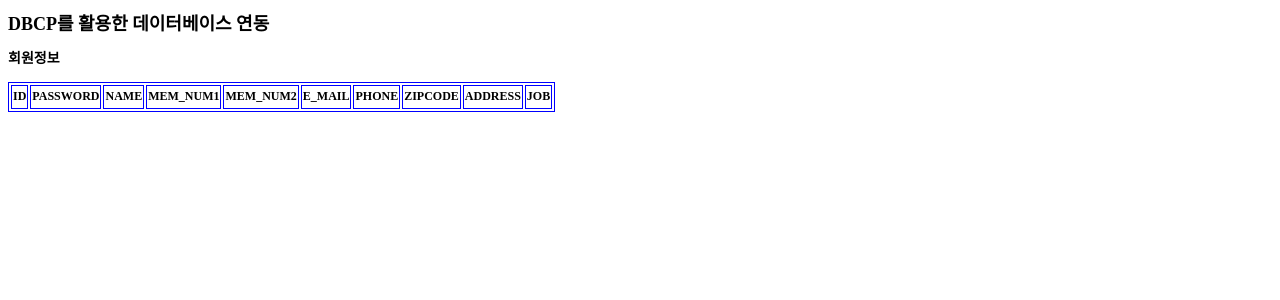
Repository: kr1124/jsp
Page: http://localhost/ServletProject/jdbc/usingDBCP.jsp
These files come from the project's save history. The page is drawn as it stood at one moment and after the next save; the edit follows.
The browser window is 1280 px wide. The pictures show the whole page.
The page is served by Tomcat 9. Other server files are loaded and not shown. Queries for data that is not in the repository find no rows.

Above is the page before, as saved 2024-12-06 01:33:07.

### ServletProject/src/main/webapp/jdbc/usingDBCP.jsp
<%@ page import="java.util.Vector"%>
<%@ page language="java" contentType="text/html; charset=UTF-8" pageEncoding="UTF-8" %>
<%@ page import="java.sql.*" %>
<%@ page import="com.jdbc.*" %>

<!DOCTYPE html>
<html>
	<head>
		<meta charset="UTF-8">
		<title>DBCP를 활용한 데이터베이스 연동</title>
		<link href="style.css" rel="stylesheet" type="text/css" >
	</head>
	<body>
		<h2>DBCP를 활용한 데이터베이스 연동</h2>
		<h3>회원정보</h3>
		<table bordercolor="#0000ff" border="1" >
			<tr>
				<td><strong>ID</strong></td>
				<td><strong>PASSWORD</strong></td>
				<td><strong>NAME</strong></td>
				<td><strong>MEM_NUM1</strong></td>
				<td><strong>MEM_NUM2</strong></td>
				<td><strong>E_MAIL</strong></td>
				<td><strong>PHONE</strong></td>
				<td><strong>ZIPCODE</strong></td>
				<td><strong>ADDRESS</strong></td>
				<td><strong>JOB</strong></td>
			</tr>

			<jsp:useBean id="dao" class="com.jdbc.TempMemberDAO" scope="page"/>
			<%
				Vector<TempMemberVO> vlist = dao.getMemberList();
				int counter = vlist.size();

				for(int i = 0; i < vlist.size(); i++) {
					TempMemberVO vo = vlist.elementAt(i);
			%>

			<tr>
				<td><strong><%=vo.getId() %></strong></td>
				<td><strong><%=vo.getPasswd() %></strong></td>
				<td><strong><%=vo.getName() %></strong></td>
				<td><strong><%=vo.getMem_num1() %></strong></td>
				<td><strong><%=vo.getMem_num2() %></strong></td>
				<td><strong><%=vo.getE_mail() %></strong></td>
				<td><strong><%=vo.getPhone() %></strong></td>
				<td><strong><%=vo.getZipcode() %></strong></td>
				<td><strong><%=vo.getAddress() %></strong></td>
				<td><strong><%=vo.getJob() %></strong></td>
			<%}%>

			</tr>
		</table>

	</body>
</html>

### ServletProject/src/main/java/com/jdbc/TempMemberDAO.java
package com.jdbc;

import java.util.*;
import java.sql.*;

public class TempMemberDAO {
//	private final String JDBC_DRIVER="oracle.jdbc.driver.OraclDriver";
//	private final String JDBC_URL="jdbc:oracle:thin:@localhost:1521:orcl";
//	private final String USER="scott";
//	private final String PASS="tiger";
//
//	public TempMemberDAO() {
//		try {
//			Class.forName(JDBC_DRIVER);
//		} catch (Exception e) {
//			System.out.println("error : jdbc 드라이버 로딩 실패");
//		}
//	}

	public Vector<TempMemberVO> getMemberList() {
		Connection con = null;
		Statement stmt = null;
		ResultSet rs = null;

		Vector<TempMemberVO> vecList = new Vector<TempMemberVO>();

		try {
			//con = DriverManager.getConnection(JDBC_URL, USER, PASS);
			con = ConnUtil.getConnection();
			String sql = "select * from tempmember";
			stmt = con.createStatement();
			rs = stmt.executeQuery(sql);

			while(rs.next()) {
				TempMemberVO vo = new TempMemberVO();
				vo.setId(rs.getString("id"));
				vo.setPasswd(rs.getString("passwd"));
				vo.setName(rs.getString("name"));
				vo.setMem_num1(rs.getString("mem_num1"));
				vo.setMem_num2(rs.getString("mem_num2"));
				vo.setE_mail(rs.getString("e_mail"));
				vo.setPhone(rs.getString("phone"));
				vo.setZipcode(rs.getString("zipcode"));
				vo.setAddress(rs.getString("address"));
				vo.setJob(rs.getString("job"));

				vecList.add(vo);
			}
		} catch (Exception e) {
			System.out.println("Exception : " + e);
		} finally {

		}

		return vecList;
	}
}

### ServletProject/src/main/java/com/jdbc/ConnUtil.java
package com.jdbc;

import java.sql.*;
import javax.sql.*;
import javax.naming.*;

public class ConnUtil {
	public static Connection getConnection() {
		Connection con = null;

		try {
			Context initContext = new InitialContext();
			Context envContext  = (Context)initContext.lookup("java:/comp/env");
			DataSource ds = (DataSource)envContext.lookup("jdbc/myOracle");
			con = ds.getConnection();

			System.out.println("데이터베이스 연결 성공");
		} catch(Exception se) {
			System.out.println("데이터베이스 연결 실패");
		}

		return con;
	}
}

### ServletProject/src/main/webapp/jdbc/style.css
@charset "UTF-8";
body, td, select, div, form {
	font-size : 9pt;
	color: black;
	line-height: 160%;
	font-family: serif;
}

textarea, input {
	border-right: 1px solid #999999;
	border-top: 1px solid #999999;
	border-left: 1px solid #999999;
	border-bottom: 1px solid #999999;
	font-size: 9pt;
	color: black;
	background-color: white;
	font-family: serif;
}

a:link {
	text-decoration: none;
	color: #696969;
}
a:hover {
	text-decoration: yes;
	color: #66ccff;
}
a:visited {
	text-decoration: none;
	color: #330066;
}

After the next save:
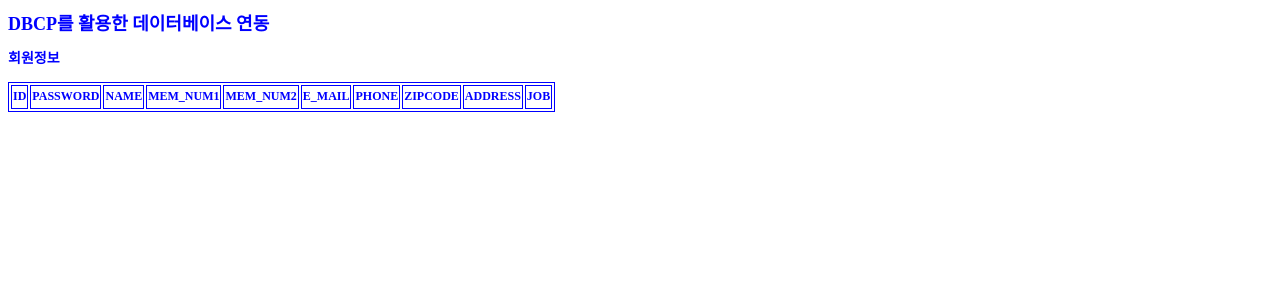
Saved 23 min 28 s later.
--- a/ServletProject/src/main/webapp/jdbc/style.css
+++ b/ServletProject/src/main/webapp/jdbc/style.css
@@ -1,7 +1,7 @@
 @charset "UTF-8";
 body, td, select, div, form {
 	font-size : 9pt;
-	color: black;
+	color: blue;
 	line-height: 160%;
 	font-family: serif;
 }
